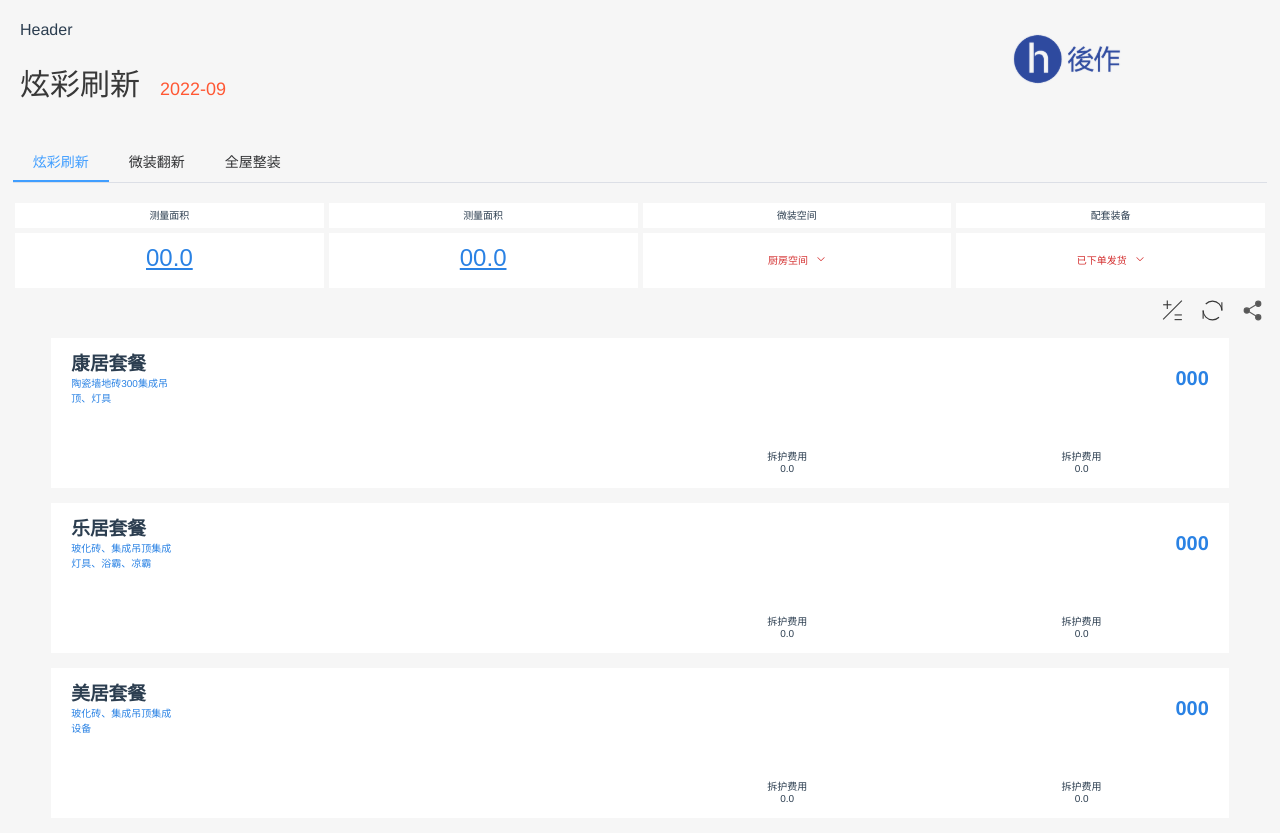
Repository: yezhonghu0503/houzuo
Page: /interiorDecoration
These files come from the project's save history. The page is drawn as it stood at one moment and after a run of saves; the edit follows.
The browser window is 1280 px wide. The pictures show the whole page.
The project was rebuilt for these pictures with package versions that can differ from the ones it lists, and the page was loaded fresh each time. Also part of the build but not shown: vite.config.ts.

Above is the page before, as saved 2022-10-08 14:04:14.

After the next 2 saves:
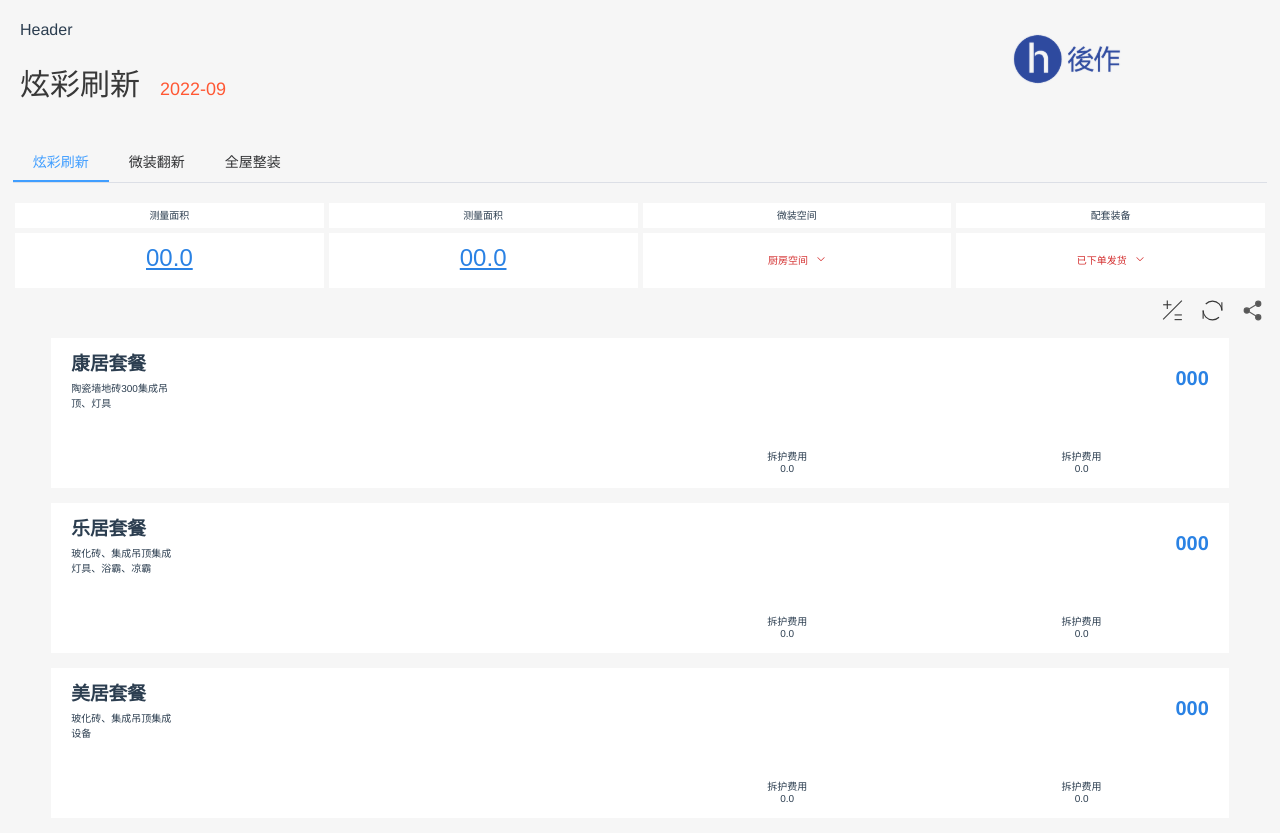
The 2 saves are shown as one change because they came seconds apart.
The last was saved 90 s later.
--- a/src/view/interiorDecoration/renovate.vue
+++ b/src/view/interiorDecoration/renovate.vue
@@ -422,7 +422,7 @@
   width: 100px;
   font-size: 10px;
   font-weight: 400;
-  color: rgba(42, 130, 228, 1);
+  margin-top:5px;
 }
 .tiles-down {
   margin-top: 10px;
